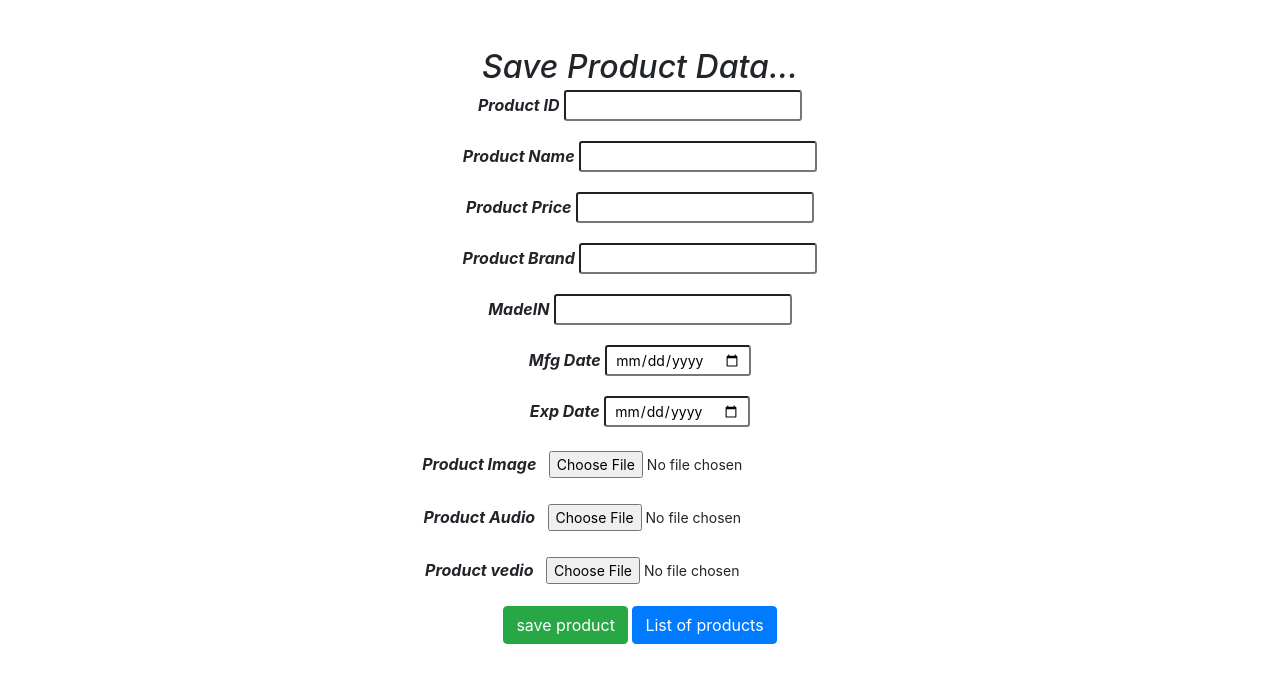
Repository: acharikammari/advjavapro
Page: Productprojectapp/src/main/webapp/add-product.html
These files come from the project's save history. The page is drawn as it stood at one moment and after the next save; the edit follows.
The browser window is 1280 px wide. The pictures show the whole page.

Above is the page before, as saved 2024-03-12 09:38:03.

After the next save:
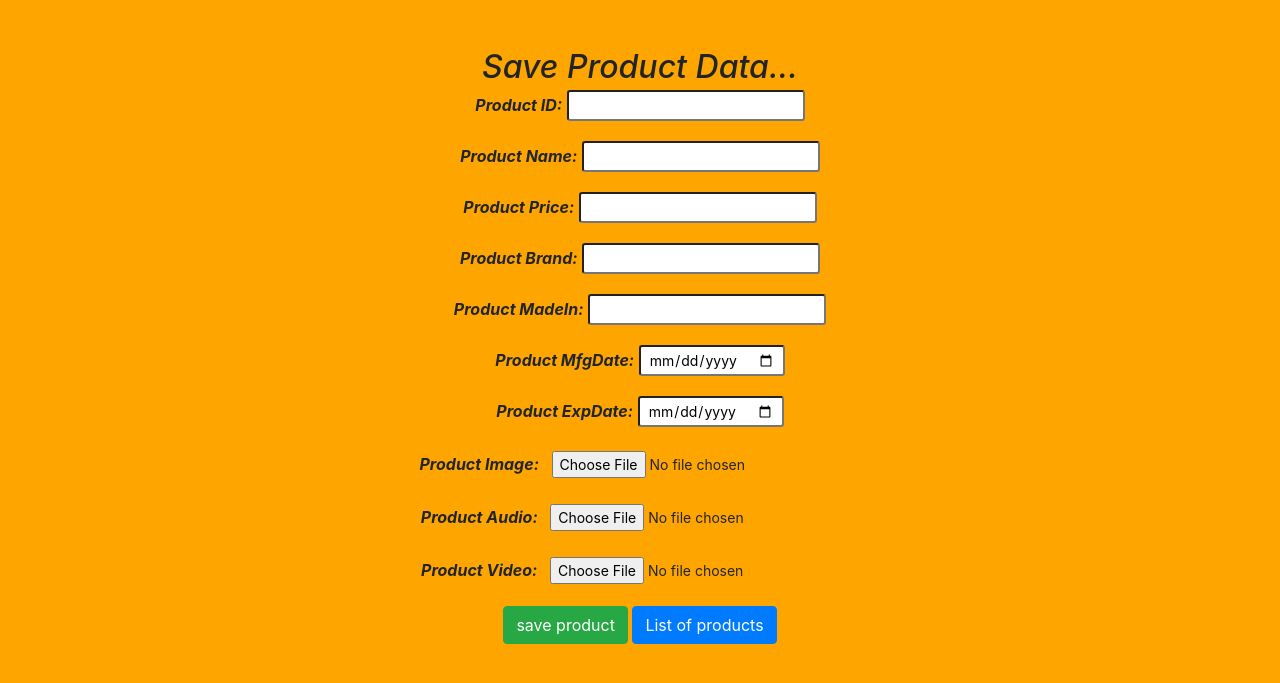
Saved 39 s later.
--- a/Productprojectapp/src/main/webapp/add-product.html
+++ b/Productprojectapp/src/main/webapp/add-product.html
@@ -1,78 +1,77 @@
 <html>
 <head>
-<title>Add product</title>
-<!-- bootstrap cdn link to get the support of bootstrap -->
+<title>Add product  </title>
+
+<!-- bootstrap CDN link to get the support of bootstrap -->
 <link rel="stylesheet" href="https://stackpath.bootstrapcdn.com/bootstrap/4.5.2/css/bootstrap.min.css">
+
 <!--this is java script validation code location-->
 <script type="text/javascript" src="formvalidation.js"></script>
+
 </head>
-<body>
+<body style="background-color: orange">
 	<div class="cantainer mt-5 text-center">
 		<h2 class="text-center font-italic mb-1">Save Product Data...</h2>
 		<form method="post" action="./AddProductServlet" enctype="multipart/form-data" onsubmit="return validationForm()">
 
 			<div class="form-group">
-				<label class="font-italic font-weight-bold" for="proId">Product ID</label>
+				<label class="font-italic font-weight-bold" for="proId">Product ID:</label>
 				<input type="text" class="form-control-sm" id="proId" name="proId" required>
 			</div>
 
 			<div class="form-group">
-				<label class="font-italic font-weight-bold" for="proName">Product Name</label>
+				<label class="font-italic font-weight-bold" for="proName">Product Name:</label>
 				<input type="text" class="form-control-sm" id="proName" name="proName" required>
 			</div>
 
 			<div class="form-group">
-				<label class="font-italic font-weight-bold" for="proPrice">Product Price</label>
+				<label class="font-italic font-weight-bold" for="proPrice">Product Price:</label>
 				<input type="number" class="form-control-sm" id="proPrice" name="proPrice" required>
 			</div>
 
 			<div class="form-group">
-				<label class="font-italic font-weight-bold" for="proBrand">Product Brand</label>
+				<label class="font-italic font-weight-bold" for="proBrand">Product Brand:</label>
 				<input type="text" class="form-control-sm" id="proBrand" name="proBrand" required>
 			</div>
 
 			<div class="form-group">
-				<label class="font-italic font-weight-bold" for="MadeIN">MadeIN</label>
-				<input type="text" class="form-control-sm" id="MadeIN" name="MadeIN" required>
+				<label class="font-italic font-weight-bold" for="proMadeIn">Product MadeIn:</label>
+				<input type="text" class="form-control-sm" id="proMadeIn" name="proMadeIn" required>
 			</div>
 
 			<div class="form-group">
-				<label class="font-italic font-weight-bold" for="mfgdate">Mfg Date</label>
-				<input type="date" class="form-control-sm" id="mfgDate" name="mfgDate" required>
+				<label class="font-italic font-weight-bold" for="proMfgDate">Product MfgDate:</label>
+				<input type="date" class="form-control-sm" id="proMfgDate" name="proMfgDate" required>
 			</div>
 
 			<div class="form-group">
-				<label class="font-italic font-weight-bold" for="expdate">Exp Date</label>
-				<input type="date" class="form-control-sm" id="expDate" name="expDate" required>
+				<label class="font-italic font-weight-bold" for="proExpDate">Product ExpDate:</label>
+				<input type="date" class="form-control-sm" id="proExpDate" name="proExpDate" required>
 			</div>
 
 			<div class="form-group">
-				<label class="font-italic font-weight-bold" for="proimage">Product Image</label>
-				<input type="file" class="form-control-sm" id="proimage" name="proimage"  accept="image/*" required>
+				<label class="font-italic font-weight-bold" for="proImage">Product Image:</label>
+				<input type="file" class="form-control-sm" id="proImage" name="proImage" required>
 			</div>
 
+			<div class="form-group">
+				<label class="font-italic font-weight-bold" for="proAudio">Product Audio:</label>
+				<input type="file" class="form-control-sm" id="proAudio" name="proAudio" required>
+			</div>
 
 			<div class="form-group">
-				<label class="font-italic font-weight-bold" for="proAudio">Product Audio</label>
-				<input type="file" class="form-control-sm" id="proAudio" name="proAudio"  accept="audio/*" required
-				>
+				<label class="font-italic font-weight-bold" for="proVideo">Product Video:</label>
+				<input type="file" class="form-control-sm" id="proVideo" name="proVideo" required>
 			</div>
-
-
-			<div class="form-group">
-				<label class="font-italic font-weight-bold" for="provideo">Product vedio</label>
-				<input type="file" class="form-control-sm" id="provideo" name="provideo"  accept="vedio/*" required>
-			</div>
-
 
 
 			<div>
 				<input type="submit" class="btn btn-success" value="save product"/>
 				<a href="productlist.jsp" class="btn btn-primary">List of products</a>
 			</div>
+
 		</form>
-
-</div>
+	</div>
 
 </body>
 </html>
